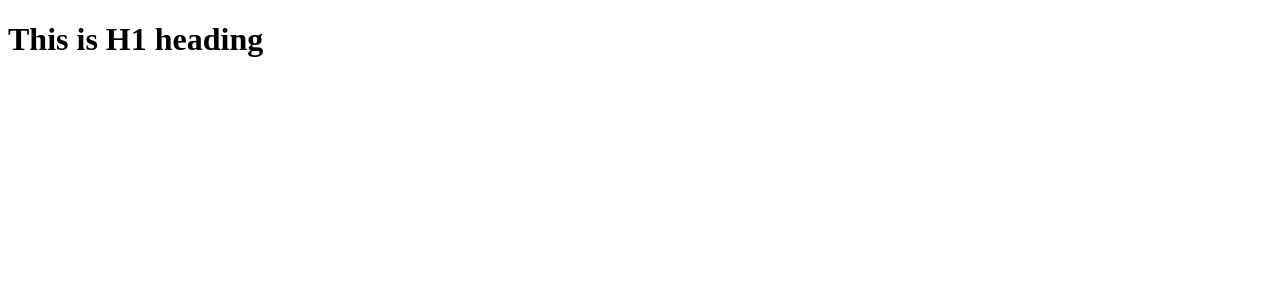
Repository: dgonch5/learning-git
Page: index.html
An editor plug-in stored every save of this project. The page is shown before and after the next save, followed by the edit.
The browser window is 1280 px wide. The pictures show the whole page.

Above is the page before, as saved 2022-03-08 13:56:31.

### index.html
<!DOCTYPE html>
<html lang="en">
<head>
    <meta charset="UTF-8">
    <meta http-equiv="X-UA-Compatible" content="IE=edge">
    <meta name="viewport" content="width=device-width, initial-scale=1.0">
    <title>Document</title>
</head>
<body>
    <h1>This is H1 heading</h1>
</body>
</html>

After the next save:
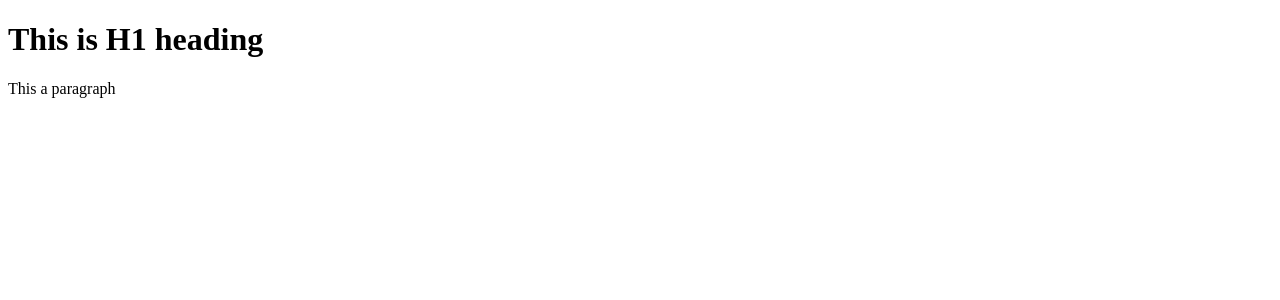
Saved 67 s later.
--- a/index.html
+++ b/index.html
@@ -8,5 +8,6 @@
 </head>
 <body>
     <h1>This is H1 heading</h1>
+    <p>This a paragraph</p>
 </body>
 </html>
